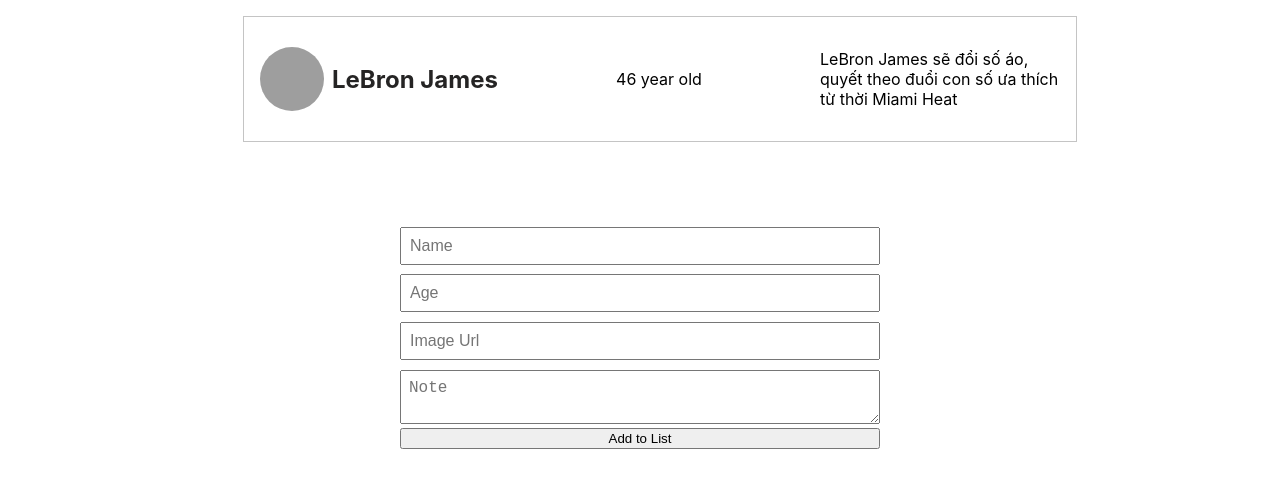
Repository: ducanhaep/ts-react-with-typescript
Page: /
An editor plug-in stored every save of this project. The page is shown before and after the next save, followed by the edit.
The browser window is 1280 px wide. The pictures show the whole page.
Pictures or frames that could not be fetched are drawn as grey boxes. The project was rebuilt for these pictures with package versions that can differ from the ones it lists, and the page was loaded fresh each time.

Above is the page before, as saved 2021-10-13 01:09:29.

After the next save:
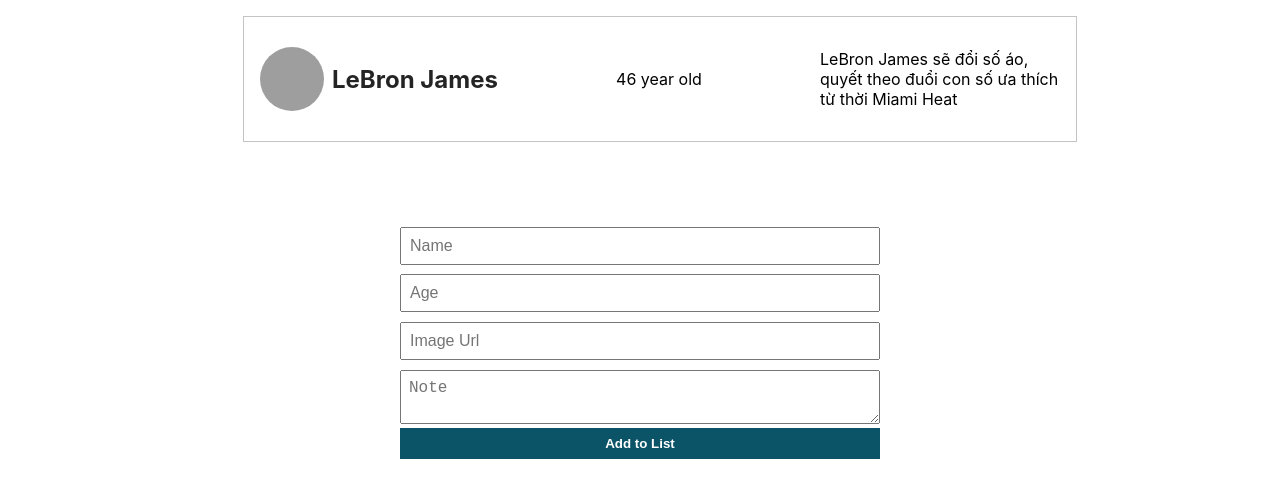
Saved 14 s later.
--- a/src/components/AddToList.tsx
+++ b/src/components/AddToList.tsx
@@ -51,7 +51,7 @@
         name="note"
       />
 
-      <button className="Add">Add to List</button>
+      <button className="AddToList-btn">Add to List</button>
     </div>
   );
 };
